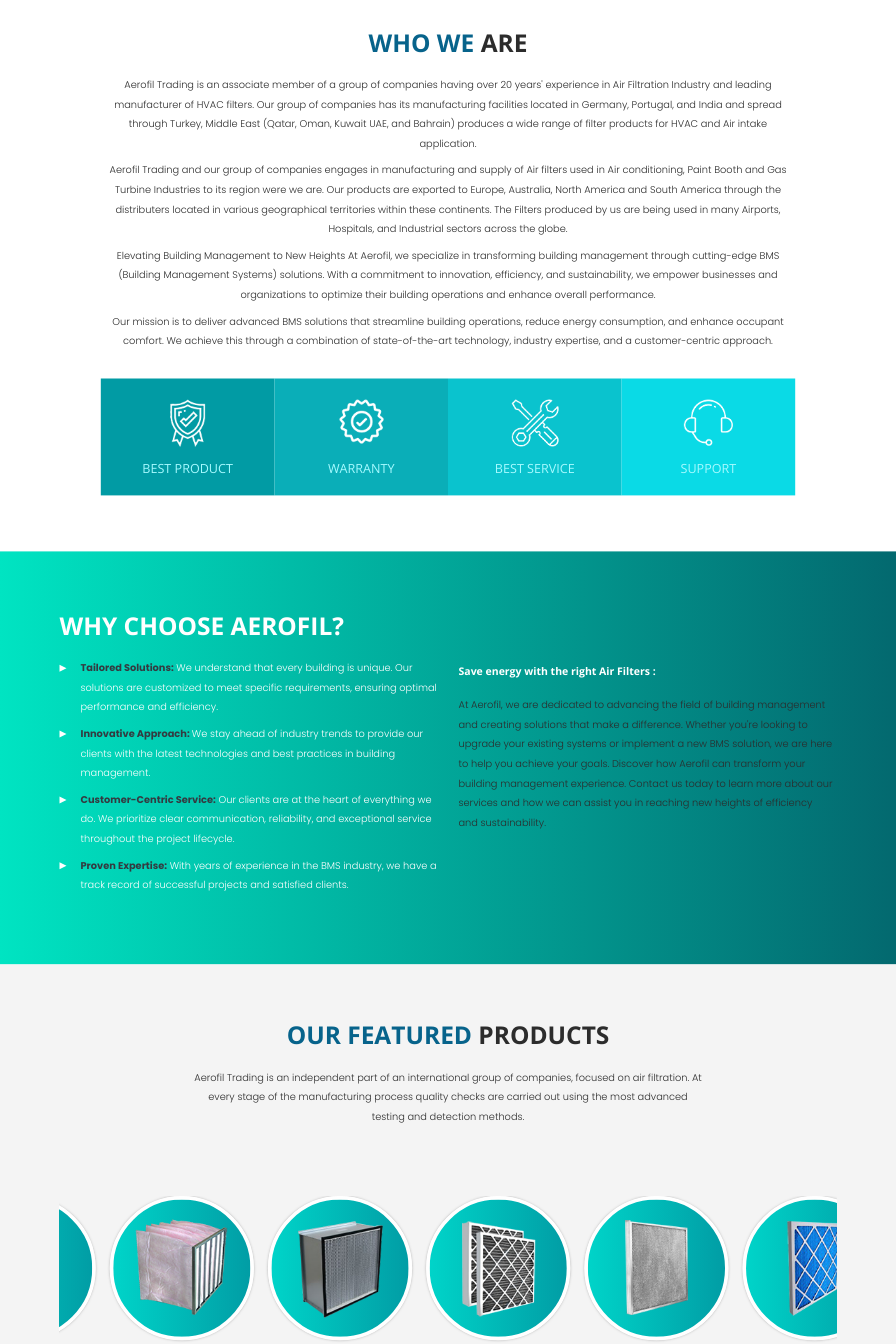
Repository: aslamvrtly/aerofil
Page: index.html
An editor plug-in stored every save of this project. The page is shown before and after a run of saves, followed by the edit.
The browser window is 1280 px wide. The pictures show the part of the page from y = 754 to 2674 px (the page is 5238 px tall), at 70% of full size.

Above is the page before, as saved 2024-09-04 21:07:38.

After the next 8 saves:
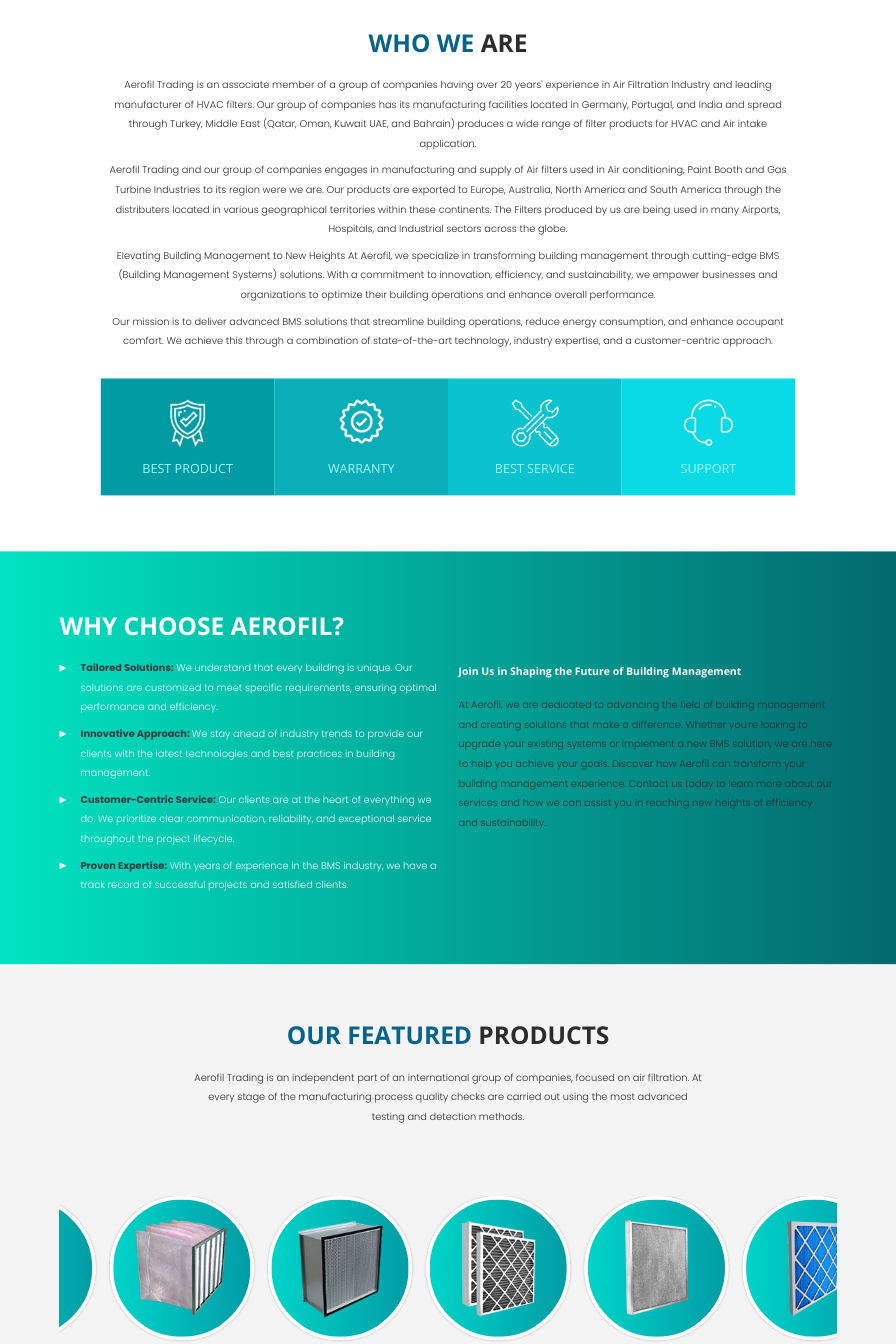
The 8 saves are shown as one change because they came seconds apart.
The last was saved 12 s later.
--- a/index.html
+++ b/index.html
@@ -255,14 +255,15 @@
 					</ul>
 				</div>
 				<div class="col-md-6">
-					<h5 class="pt-5"> Save energy with the right Air Filters :</h5>
-
+					<h5 class="pt-5">Join Us in Shaping the Future of Building Management</h5>
+					<p>
 					At Aerofil, we are dedicated to advancing the field of building management and creating solutions
 					that make a difference. Whether you're looking to upgrade your existing systems or implement a new
 					BMS solution, we are here to help you achieve your goals.
 					Discover how Aerofil can transform your building management experience. Contact us today to learn
 					more about our services and how we can assist you in reaching new heights of efficiency
 					and sustainability.
+				</p>
 				</div>
 			</div>
 		</div>
